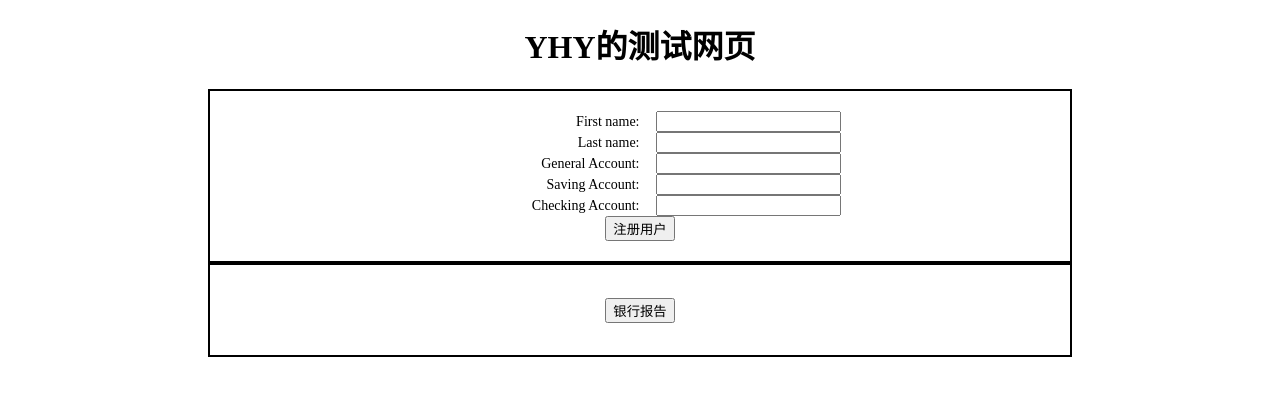
Repository: Darkmoon1/Bank-java-
Page: Bank/myBank/WebContent/home.html
An editor plug-in stored every save of this project. The page is shown before and after the next save, followed by the edit.
The browser window is 1280 px wide. The pictures show the whole page.

Above is the page before, as saved 2017-07-13 18:18:42.

### Bank/myBank/WebContent/home.html
<!DOCTYPE html>
<html lang="en">
<head>
	<meta charset="UTF-8">
    <meta name="viewport"
          content="width=device-width, user-scalable=no, initial-scale=1.0, maximum-scale=1.0, minimum-scale=1.0">
    <meta http-equiv="X-UA-Compatible" content="text/html">
    <script type="text/javascript" src="js/jquery.js"></script>
    <script type="text/javascript" src="js/test.js"></script>
    <style type="text/css">
    body{
        text-align:center;
    }
    div{
    	border: 2px solid black;
    	margin-left: 200px;
    	margin-right: 200px;
    	padding: 20px;
    }

    h1{
    	left:
    }
    .re{
    	height: 50px;
    }
    #report{
    	margin-top: 13px;
    }
    label{
    	display: inline-block;
  		width: 200px;
    	margin-right: 12px;
    	vertical-align: baseline;
    	text-align: right;
    	font-size: 14px;
    }
    </style>
<title>bank</title>
</head>
	<body>
	<h1>YHY的测试网页</h1>
	<div>
	<form action="MyServlet" method="post">
	<label>First name:</label>
	<input	id="fname" type="text" name="fname" required="required"/>
	<br>
	<label>Last name: </label>
  	<input id="lname" type="text" name="lname" required="required"/>
	<br>
  	<label>General Account:</label>
  	<input id="GA" type="text" name="GA" required="required"/>
	<br>
  	<label>Saving Account:</label>
  	<input id="SA" type="text" name="SA" required="required"/>
	<br>
  	<label>Checking Account:</label>
  	<input id="CA" type="text" name="CA" required="required"/>
	<br>
  	<input  id="regist"	type="submit"  value = "注册用户" />
	</form>
	</div>
	<div class = "re">
	<form action="MyReportServlet" method = "post">
	<input id="report" type="submit" value = "银行报告"/>
	</form>

	</div>
</body>
</html>

### Bank/myBank/WebContent/js/test.js
function regist(){


}

Loaded but not shown: Bank/myBank/WebContent/js/jquery.js (library)

After the next save:
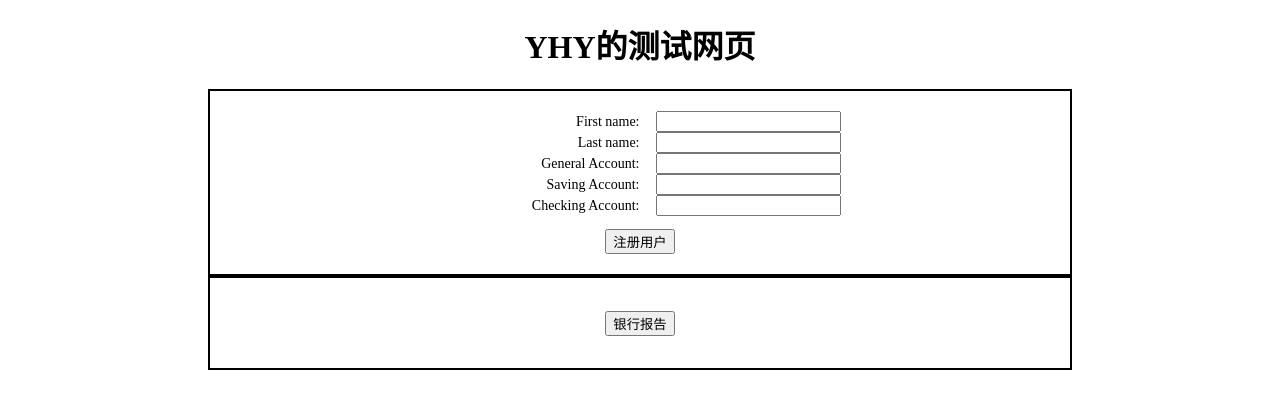
Saved 22 s later.
--- a/Bank/myBank/WebContent/home.html
+++ b/Bank/myBank/WebContent/home.html
@@ -25,6 +25,9 @@
     	height: 50px;
     }
     #report{
+    	margin-top: 13px;
+    }
+    #regist{
     	margin-top: 13px;
     }
     label{
